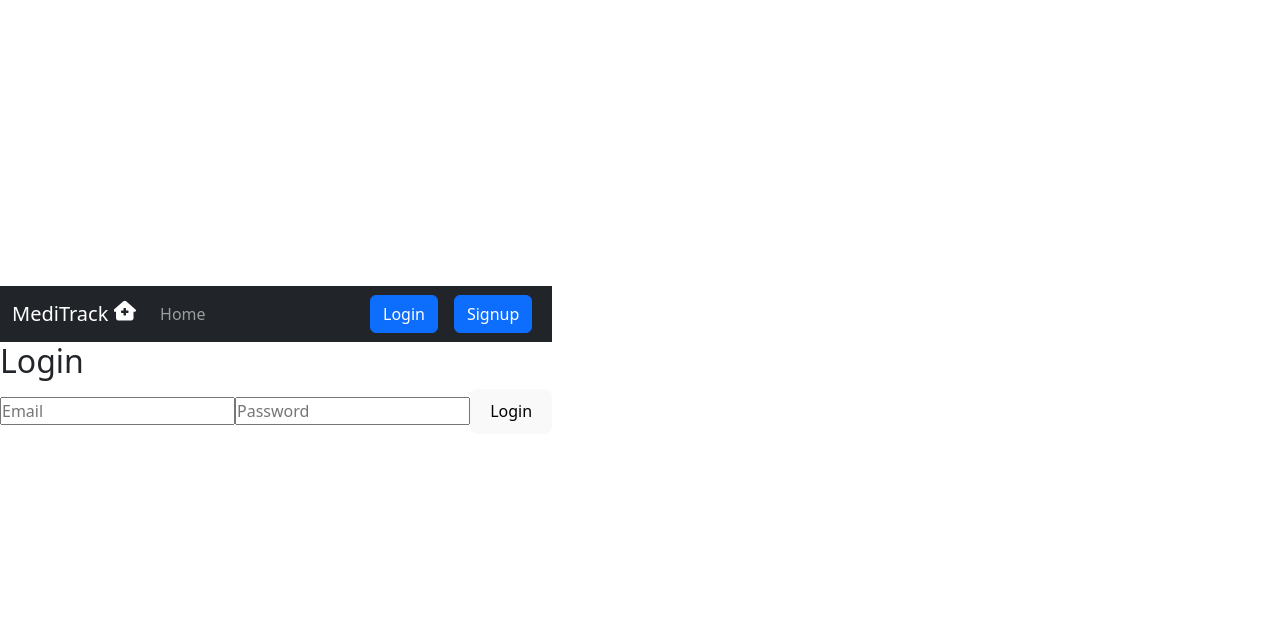
Repository: rahul-chakradhari/PillWise
Page: /history (app in frontend/)
The author's editor kept a copy of each file at every save. The page is drawn from the files as they stood at one save, then again after the next save.
The browser window is 1280 px wide. The pictures show the whole page.
The project was rebuilt for these pictures with package versions that can differ from the ones it lists, and the page was loaded fresh each time. Also part of the build but not shown: frontend/vite.config.js, frontend/src/components/Home.jsx, frontend/src/components/History.jsx, frontend/src/components/Remainder.jsx, frontend/src/components/Doctors.jsx, frontend/src/components/Healthy.jsx, frontend/src/components/Prescription.jsx, frontend/src/utils/axiosInstant.js and 1 more.

Above is the page before, as saved 2025-03-10 15:02:16.

### frontend/index.html
<!DOCTYPE html>
<html lang="en">
  <head>
    <meta charset="UTF-8" />
    <link rel="icon" type="image/svg+xml" href="/icon.webp" />
    <meta name="viewport" content="width=device-width, initial-scale=1.0" />
    <link
      href="https://cdn.jsdelivr.net/npm/bootstrap@5.3.3/dist/css/bootstrap.min.css"
      rel="stylesheet"
      integrity="sha384-QWTKZyjpPEjISv5WaRU9OFeRpok6YctnYmDr5pNlyT2bRjXh0JMhjY6hW+ALEwIH"
      crossorigin="anonymous"
    />
    <link
      rel="stylesheet"
      href="https://cdnjs.cloudflare.com/ajax/libs/font-awesome/6.5.1/css/all.min.css"
    />

    <title>MediTrack-Smart-Medicine-Reminder-Tracker</title>
  </head>
  <body>
    <div id="root"></div>
    <script type="module" src="/src/main.jsx"></script>
    <script
      src="https://cdn.jsdelivr.net/npm/bootstrap@5.3.3/dist/js/bootstrap.bundle.min.js"
      integrity="sha384-YvpcrYf0tY3lHB60NNkmXc5s9fDVZLESaAA55NDzOxhy9GkcIdslK1eN7N6jIeHz"
      crossorigin="anonymous"
    ></script>
  </body>
</html>

### frontend/src/App.jsx
import React from "react";
import { Routes, Route, Navigate } from "react-router-dom";
import Navbar from "./components/Navbar";
import Home from "./components/Home";
import History from "./components/History";
import Remainder from "./components/Remainder";
import Doctors from "./components/Doctors";
import Healthy from "./components/Healthy";
import Prescription from "./components/Prescription";
import Login from "./components/Login";
import Signup from "./components/Signup";
import { ToastContainer } from "react-toastify";

const PrivateRoute = ({ children }) => {
  return localStorage.getItem("auth-token") ? (
    children
  ) : (
    <Navigate to="/login" />
  );
};

function App() {
  return (
    <div className="app">
      <Navbar />
      <Routes>
        <Route path="/" element={<Home />} />
        <Route path="/login" element={<Login />} />
        <Route path="/signup" element={<Signup />} />

        {/* Protected Routes */}
        <Route
          path="/history"
          element={
            <PrivateRoute>
              <History />
            </PrivateRoute>
          }
        />
        <Route
          path="/remainder"
          element={
            <PrivateRoute>
              <Remainder />
            </PrivateRoute>
          }
        />
        <Route
          path="/doctors"
          element={
            <PrivateRoute>
              <Doctors />
            </PrivateRoute>
          }
        />
        <Route
          path="/healthy"
          element={
            <PrivateRoute>
              <Healthy />
            </PrivateRoute>
          }
        />
        <Route
          path="/prescription"
          element={
            <PrivateRoute>
              <Prescription />
            </PrivateRoute>
          }
        />
      </Routes>
      <ToastContainer />
    </div>
  );
}

export default App;

### frontend/src/components/Navbar.jsx
import React, { useEffect, useState } from "react";
import { Link, useNavigate } from "react-router-dom";

const Navbar = () => {
  const navigate = useNavigate();
  const [isLoggedIn, setIsLoggedIn] = useState(
    !!localStorage.getItem("auth-token")
  );

  // Jab bhi auth-token change ho, UI update ho
  useEffect(() => {
    const handleStorageChange = () => {
      setIsLoggedIn(!!localStorage.getItem("auth-token"));
    };

    window.addEventListener("storage", handleStorageChange);
    return () => window.removeEventListener("storage", handleStorageChange);
  }, []);

  // Logout Function
  const handleLogout = () => {
    localStorage.removeItem("auth-token");
    setIsLoggedIn(false);
    navigate("/login");
  };

  return (
    <nav className="navbar navbar-expand-lg navbar-dark bg-dark">
      <div className="container-fluid">
        <Link className="navbar-brand" to="/">
          MediTrack <i className="fa-solid fa-house-medical"></i>
        </Link>
        <button
          className="navbar-toggler"
          type="button"
          data-bs-toggle="collapse"
          data-bs-target="#navbarSupportedContent"
        >
          <span className="navbar-toggler-icon"></span>
        </button>
        <div className="collapse navbar-collapse" id="navbarSupportedContent">
          <ul className="navbar-nav me-auto mb-2 mb-lg-0">
            <li className="nav-item">
              <Link className="nav-link" to="/">
                Home
              </Link>
            </li>

            {/* Protected Routes */}
            {isLoggedIn && (
              <>
                <li className="nav-item">
                  <Link className="nav-link" to="/doctors">
                    Doctors
                  </Link>
                </li>
                <li className="nav-item">
                  <Link className="nav-link" to="/remainder">
                    Remainder
                  </Link>
                </li>
                <li className="nav-item">
                  <Link className="nav-link" to="/history">
                    History & Analytics
                  </Link>
                </li>
                <li className="nav-item">
                  <Link className="nav-link" to="/healthy">
                    Healthy Lifestyle
                  </Link>
                </li>
                <li className="nav-item">
                  <Link className="nav-link" to="/prescription">
                    Prescription
                  </Link>
                </li>
                <li className="nav-item">
                  <Link className="nav-link" to="/contribute">
                    Contribute
                  </Link>
                </li>
              </>
            )}
          </ul>

          {/* Login / Logout Buttons */}
          {!isLoggedIn ? (
            <>
              <Link className="btn btn-primary mx-2" to="/login">
                Login
              </Link>
              <Link className="btn btn-primary mx-2" to="/signup">
                Signup
              </Link>
            </>
          ) : (
            <button className="btn btn-danger mx-2" onClick={handleLogout}>
              Logout
            </button>
          )}
        </div>
      </div>
    </nav>
  );
};

export default Navbar;

### frontend/src/components/Login.jsx
import React, { useState } from "react";
import { useNavigate } from "react-router-dom";

const Login = () => {
  const navigate = useNavigate();
  const [email, setEmail] = useState("");
  const [password, setPassword] = useState("");

  const handleLogin = (e) => {
    e.preventDefault();
    // Assume login API returns a token
    const fakeToken = "123456789";
    localStorage.setItem("auth-token", fakeToken);
    window.dispatchEvent(new Event("storage")); // Force update navbar
    navigate("/");
  };

  return (
    <div className="login-container">
      <h2>Login</h2>
      <form onSubmit={handleLogin}>
        <input
          type="email"
          placeholder="Email"
          value={email}
          onChange={(e) => setEmail(e.target.value)}
          required
        />
        <input
          type="password"
          placeholder="Password"
          value={password}
          onChange={(e) => setPassword(e.target.value)}
          required
        />
        <button type="submit">Login</button>
      </form>
    </div>
  );
};

export default Login;

### frontend/src/components/styles.css
* {
  margin: 0;
  padding: 0;
  box-sizing: border-box;
  overflow-x: hidden; /* Horizontal scroll remove */
}

/* Jo bhi element overflow karega, uski scrollbar hide ho jayegi */
::-webkit-scrollbar {
  display: none; /* Chrome, Safari */
}
body,
html {
  width: 100%;
  height: 100%;
}
body {
  overflow-y: scroll; /* Scroll allow karega */
  scrollbar-width: none; /* Firefox ke liye */
  -ms-overflow-style: none; /* IE aur Edge ke liye */
}

body::-webkit-scrollbar {
  display: none; /* Chrome, Safari ke liye */
}

.container {
  display: flex;
  align-items: center;
  justify-content: space-between;
  padding: 20px;
  width: 100vw;
  height: 100vh;
  overflow-y: scroll;
  scrollbar-width: none; /* Firefox ke liye */
  -ms-overflow-style: none;
}
.container::-webkit-scrollbar {
  display: none;
}

/* CSS */
.button-64 {
  align-items: center;
  background-image: linear-gradient(144deg, #af40ff, #5b42f3 50%, #00ddeb);
  border: 0;
  border-radius: 8px;
  box-shadow: rgba(151, 65, 252, 0.2) 0 15px 30px -5px;
  box-sizing: border-box;
  color: #ffffff;
  display: flex;
  font-family: Phantomsans, sans-serif;
  font-size: 20px;
  justify-content: center;
  line-height: 1em;
  max-width: 100%;
  min-width: 140px;
  padding: 3px;
  text-decoration: none;
  user-select: none;
  -webkit-user-select: none;
  touch-action: manipulation;
  white-space: nowrap;
  cursor: pointer;
}

.button-64:active,
.button-64:hover {
  outline: 0;
}

.button-64 span {
  background-color: rgb(5, 6, 45);
  padding: 16px 24px;
  border-radius: 6px;
  width: 100%;
  height: 100%;
  transition: 300ms;
}

.button-64:hover span {
  background: none;
}

@media (min-width: 768px) {
  .button-64 {
    font-size: 24px;
    min-width: 196px;
  }
}

.button-92 {
  --c: #fff;

  background: linear-gradient(90deg, #0000 33%, #fff5, #0000 67%)
      var(--_p, 100%) / 300% no-repeat,
    #004dff;

  color: #0000;
  border: none;
  transform: perspective(500px) rotateY(calc(20deg * var(--_i, -1)));
  text-shadow: calc(var(--_i, -1) * 0.08em) -0.01em 0 var(--c),
    calc(var(--_i, -1) * -0.08em) 0.01em 2px #0004;
  outline-offset: 0.1em;
  transition: 0.3s;
}

.button-92:hover,
.button-92:focus-visible {
  --_p: 0%;
  --_i: 1;
}

.button-92:active {
  text-shadow: none;
  color: var(--c);
  box-shadow: inset 0 0 9e9Q #0005;
  transition: 0s;
}

.button-92 {
  max-width: 270px;
  min-width: 160px;
  font-weight: bold;
  font-size: -2rem;
  margin: 0;
  cursor: pointer;
  padding: 0.1em 0.3em;
}
.title {
  margin-left: 182px;
  font-family: "Poppins", sans-serif;
  font-weight: bold;
  margin-bottom: 75px;
}
.subtexts {
  font-family: Cambria, Cochin, Georgia, Times, "Times New Roman", serif;
}
.texts {
  font-size: 18px;
  gap: 12px;
  margin-top: 19px;
}
.image {
  flex: 1;
  display: flex;
  width: 399.99px;
  height: 640.01px;
  justify-content: flex-end;
  max-width: 50%;
  overflow: hidden;
  max-width: 100%; /* Image container ko responsive banane ke liye */
  max-height: 100vh;
}

.text {
  flex: 1; /* Text ka section */
  text-align: left; /* Ensure left alignment */
  font-size: 24px;
  font-weight: bold;
}

.animation-style {
  width: 700px; /* Adjust as needed */
  height: 700px; /* Maximum width of animation */
  flex: 1;
  margin-bottom: 122px;
}
/* Doctors Section */
.doctors-container {
  background-color: rgb(59 130 246);
  display: flex;
  justify-content: center;
  align-items: center;
  height: 100vh;
  padding: 20px;
}

.doctors-content {
  display: flex;
  flex-direction: row; /* Left-Right Layout */
  max-width: 1200px;
  width: 100%;
  background: white;
  border-radius: 20px;
  overflow: hidden;
  box-shadow: 0px 4px 10px rgba(0, 0, 0, 0.2);
}

.doctors-image {
  flex: 1;
  display: flex;
  justify-content: center;
  align-items: center;
  padding: 20px;
}

.doctors-text {
  display: flex;
  flex-direction: column;
  flex: 1;
  padding: 40px;
  text-align: left;
  margin-top: 190px;
  margin-left: 54px;
}

.doctors-text .title {
  font-size: 32px;
  font-weight: bold;
  color: #333;
  margin-bottom: 20px;
}

.doctors-text .texts {
  font-size: 18px;
  color: #555;
}

.doctors-text .subtexts {
  font-size: 16px;
  color: #666;
  margin-left: 10px;
}

/* Rewards Section - 3 Cards in 1 Row */
.rewards-container {
  text-align: center;
  padding: 40px;
}

.rewards-grid {
  display: grid;
  grid-template-columns: repeat(3, 1fr); /* 3 cards per row */
  gap: 20px;
  justify-content: center;
  padding: 20px;
}

.card {
  width: 100%;
  max-width: 300px;
  background: white;
  border-radius: 10px;
  box-shadow: 0px 4px 10px rgba(0, 0, 0, 0.1);
  padding: 15px;
  text-align: center;
}

.card img {
  width: 100%;
  height: auto;
  border-radius: 10px;
}

.title {
  font-size: 32px;
  font-weight: bold;
  color: #333;
  margin-bottom: 20px;
  margin-left: 12px;
}

.texts {
  font-size: 18px;
  color: #555;
}

.subtexts {
  font-size: 16px;
  color: #666;
  margin-left: 10px;
}
.doctors-text .texts {
  font-size: 18px;
  color: #555; /* Text ka color */
}

.doctors-text .subtexts {
  font-size: 16px;
  color: #666; /* Subtext ka color */
  margin-left: 10px;
}
.speci {
  margin-top: 12px;
  margin-left: 582px;
}
.stylish {
  display: flex;
  margin-left: 112px;
  gap: 92px;
  margin-top: 12px;
}
.login,
.signup {
  margin-left: 12px;
  margin-top: 12px;
}

Loaded but not shown: frontend/src/main.jsx (common file); frontend/src/index.css (common file)

After the next save:
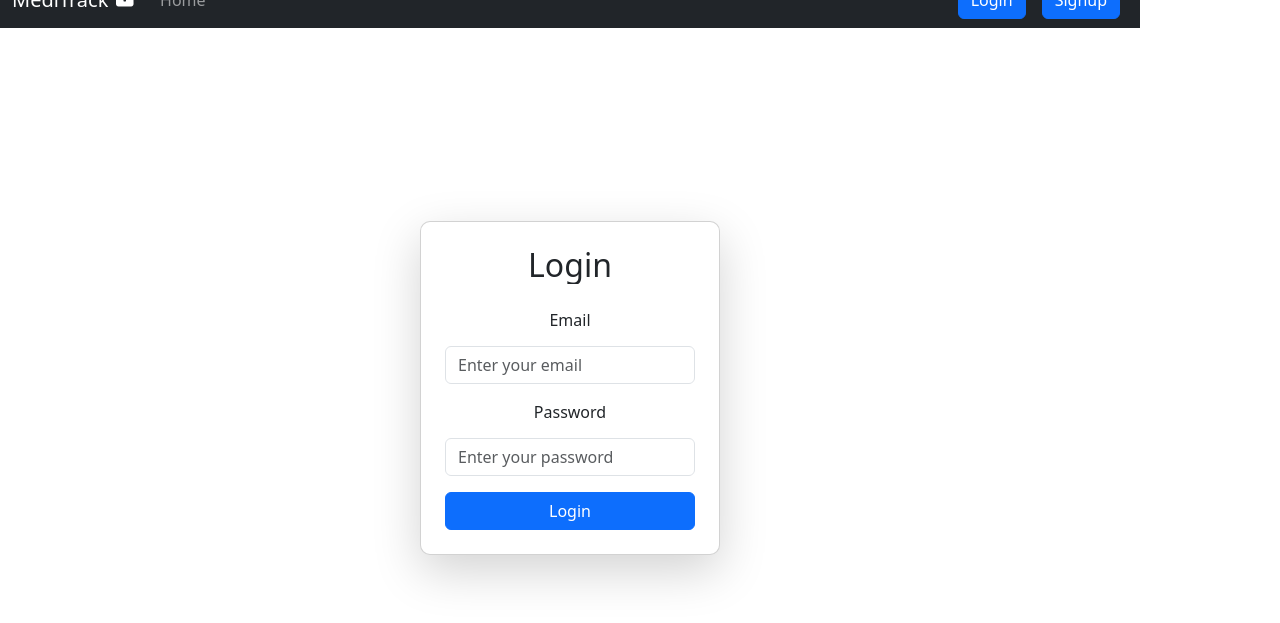
Saved 95 s later.
--- a/frontend/src/components/Login.jsx
+++ b/frontend/src/components/Login.jsx
@@ -16,25 +16,37 @@
   };
 
   return (
-    <div className="login-container">
-      <h2>Login</h2>
-      <form onSubmit={handleLogin}>
-        <input
-          type="email"
-          placeholder="Email"
-          value={email}
-          onChange={(e) => setEmail(e.target.value)}
-          required
-        />
-        <input
-          type="password"
-          placeholder="Password"
-          value={password}
-          onChange={(e) => setPassword(e.target.value)}
-          required
-        />
-        <button type="submit">Login</button>
-      </form>
+    <div className="container d-flex justify-content-center align-items-center vh-100">
+      <div className="card p-4 shadow-lg" style={{ width: "400px" }}>
+        <h2 className="text-center mb-4">Login</h2>
+        <form onSubmit={handleLogin}>
+          <div className="mb-3">
+            <label className="form-label">Email</label>
+            <input
+              type="email"
+              className="form-control"
+              placeholder="Enter your email"
+              value={email}
+              onChange={(e) => setEmail(e.target.value)}
+              required
+            />
+          </div>
+          <div className="mb-3">
+            <label className="form-label">Password</label>
+            <input
+              type="password"
+              className="form-control"
+              placeholder="Enter your password"
+              value={password}
+              onChange={(e) => setPassword(e.target.value)}
+              required
+            />
+          </div>
+          <button type="submit" className="btn btn-primary w-100">
+            Login
+          </button>
+        </form>
+      </div>
     </div>
   );
 };

After the save that followed:
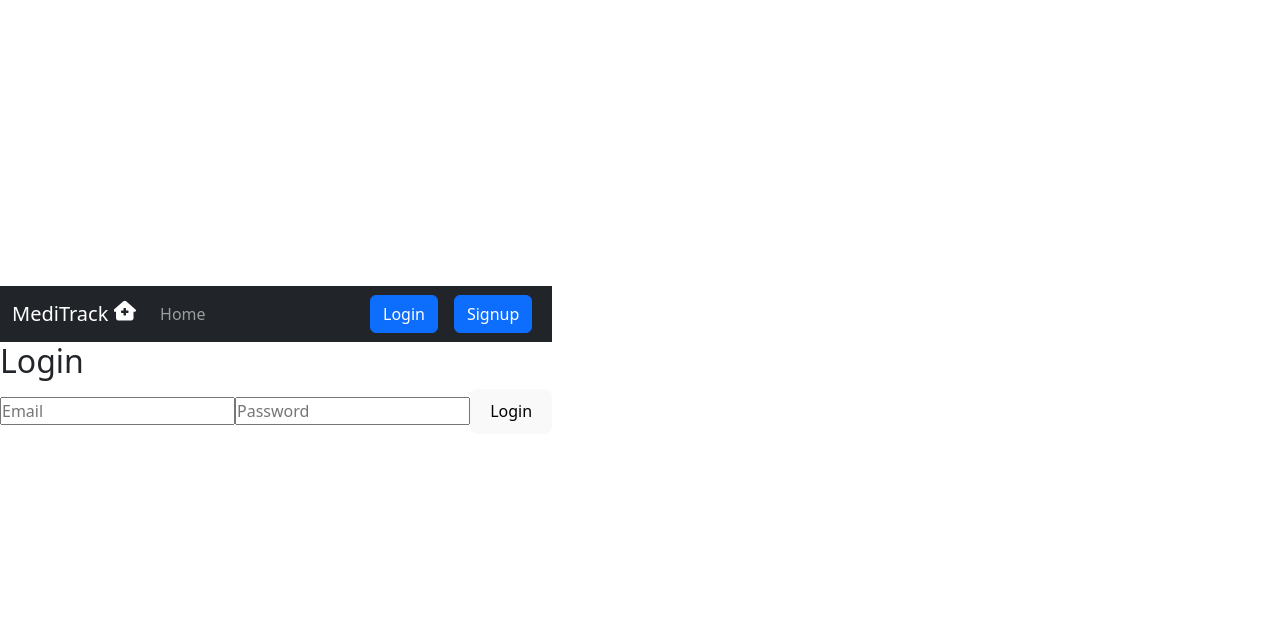
Saved 41 s later.
--- a/frontend/src/components/Login.jsx
+++ b/frontend/src/components/Login.jsx
@@ -16,37 +16,25 @@
   };
 
   return (
-    <div className="container d-flex justify-content-center align-items-center vh-100">
-      <div className="card p-4 shadow-lg" style={{ width: "400px" }}>
-        <h2 className="text-center mb-4">Login</h2>
-        <form onSubmit={handleLogin}>
-          <div className="mb-3">
-            <label className="form-label">Email</label>
-            <input
-              type="email"
-              className="form-control"
-              placeholder="Enter your email"
-              value={email}
-              onChange={(e) => setEmail(e.target.value)}
-              required
-            />
-          </div>
-          <div className="mb-3">
-            <label className="form-label">Password</label>
-            <input
-              type="password"
-              className="form-control"
-              placeholder="Enter your password"
-              value={password}
-              onChange={(e) => setPassword(e.target.value)}
-              required
-            />
-          </div>
-          <button type="submit" className="btn btn-primary w-100">
-            Login
-          </button>
-        </form>
-      </div>
+    <div className="login-container">
+      <h2>Login</h2>
+      <form onSubmit={handleLogin}>
+        <input
+          type="email"
+          placeholder="Email"
+          value={email}
+          onChange={(e) => setEmail(e.target.value)}
+          required
+        />
+        <input
+          type="password"
+          placeholder="Password"
+          value={password}
+          onChange={(e) => setPassword(e.target.value)}
+          required
+        />
+        <button type="submit">Login</button>
+      </form>
     </div>
   );
 };
